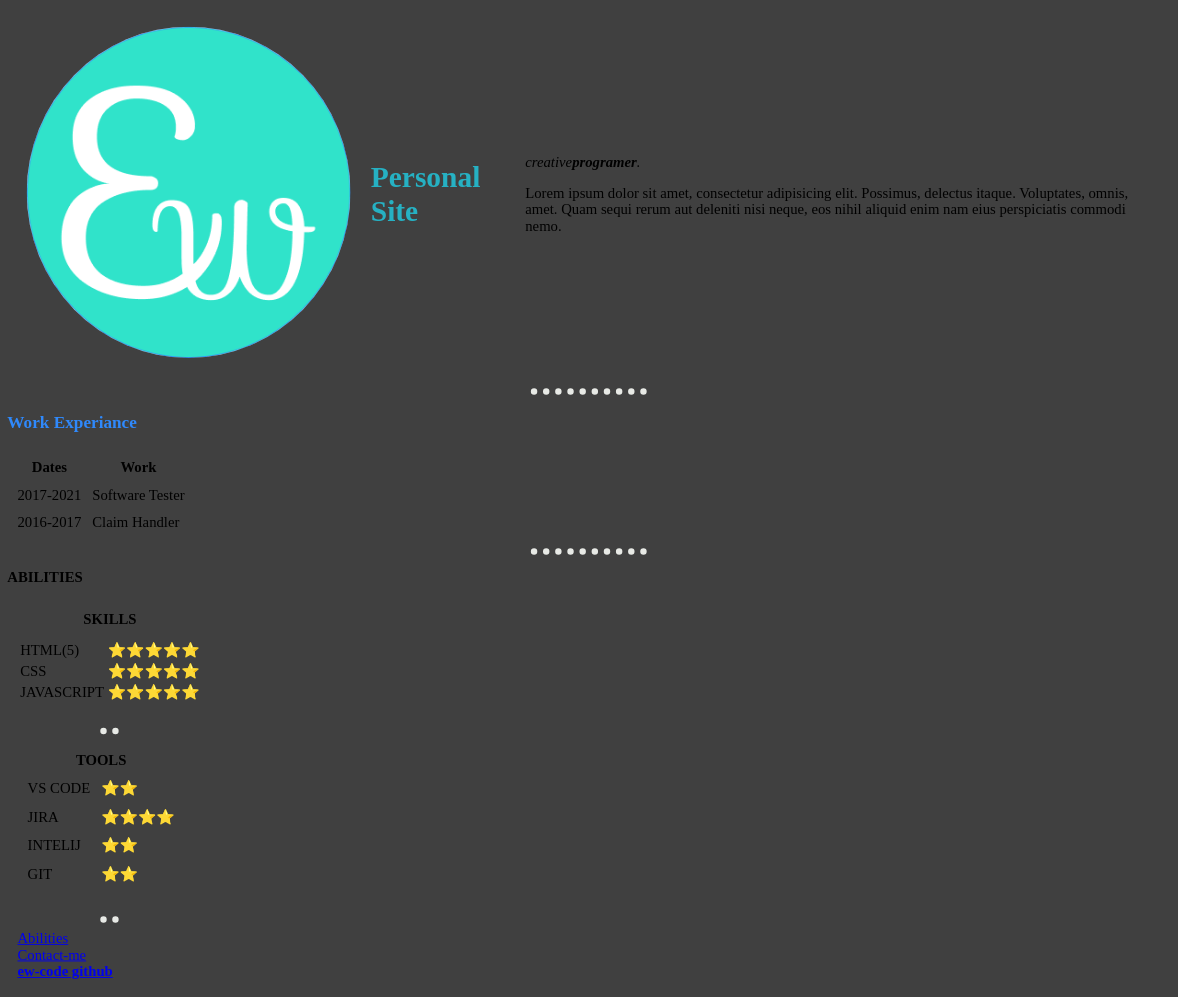
Repository: ew-code/Web-Development
Page: HTML - Personal Site/index.html
The author's editor kept a copy of each file at every save. The page is drawn from the files as they stood at one save, then again after a run of saves.
The browser window is 1280 px wide. The pictures show the whole page, at 92% of full size.

Above is the page before, as saved 2021-01-08 19:57:41.

### HTML - Personal Site/index.html
<!DOCTYPE html>
<html lang="en" dir="ltr">

<head>
  <meta charset="utf-8"> <!-- dopracować meta description dla silników wyszukiwarek-->
  <title>Personal Site</title>
  <link rel="stylesheet" href="css/styles.css">
</head>

<body>
  <table cellspacing="20">
    <tr>
      <td><img src="images/Frame 1.png" alt="dot" class="circular"></td>
      <td>
        <h1>Personal Site</h1>
      </td>
      <td>
        <p><em>creative<strong>programer</strong>.</em></p>
        <p>Lorem ipsum dolor sit amet, consectetur adipisicing elit. Possimus, delectus itaque. Voluptates, omnis, amet.
          Quam sequi rerum aut deleniti nisi neque, eos nihil aliquid enim nam eius perspiciatis commodi nemo.</p>
      </td>
    </tr>
  </table>

  <hr>

  <h3>Work Experiance</h3>
  <table cellspacing="10">
    <thead>
      <tr>
        <th>Dates</th>
        <th>Work</th>
      </tr>
    </thead>
    <tbody>
      <tr>
        <td>2017-2021</td>
        <td>Software Tester</td>
      </tr>
    </tbody>
    <tbody>
      <tr>
        <td>2016-2017</td>
        <td>Claim Handler</td>
      </tr>
    </tbody>
  </table>

  <hr>

    <p><strong>ABILITIES</strong></p>

  <table cellspacing="10">
    <thead>
      <tr>
        <th colspan="2">SKILLS</th>
      </tr>
    </thead>
    <tr>
      <td>
        <table>
          <tr>
            <td>HTML(5)</td>
            <td>⭐⭐⭐⭐⭐</td>
          </tr>
          <tr>
            <td>CSS</td>
            <td>⭐⭐⭐⭐⭐</td>
          </tr>
          <tr>
            <td>JAVASCRIPT</td>
            <td>⭐⭐⭐⭐⭐</td>
          </tr>
        </table>

        <br>

      <hr>

        <table cellspacing="10">
          <thead>
            <tr>
              <th colspan="2">TOOLS</th>
            </tr>
          </thead>
          <tbody>
            <tr>
              <td>VS CODE</td>
              <td>⭐⭐</td>
            </tr>
            <tr>
              <td>JIRA</td>
              <td>⭐⭐⭐⭐</td>
            </tr>
            <tr>
              <td>INTELIJ</td>
              <td>⭐⭐</td>
            </tr>
            <tr>
              <td>GIT</td>
              <td>⭐⭐</td>
            </tr>
          </tbody>
        </table>
  <br>

  <hr>

  <a href="abilities.html">Abilities</a>
  <br>
  <a href="contact.html">Contact-me</a>
  <br>
  <strong><a href="https://github.com/ew-code">ew-code github</a></strong>
</body>

</html>

### HTML - Personal Site/css/styles.css
  body {
      background-color: rgba(61, 61, 61, 0.986);
  }

h1 {
    color: #26B1C3;
}

h3 {
    color: #2F89FC;
}
  hr {
      border-style: none;
      border-top-style: dotted;
      border-color: #e8eae6;
      border-width: 7px;
      width: 10%;
  }

.circular {
    border-radius: 100%;
}

After the next 2 saves:
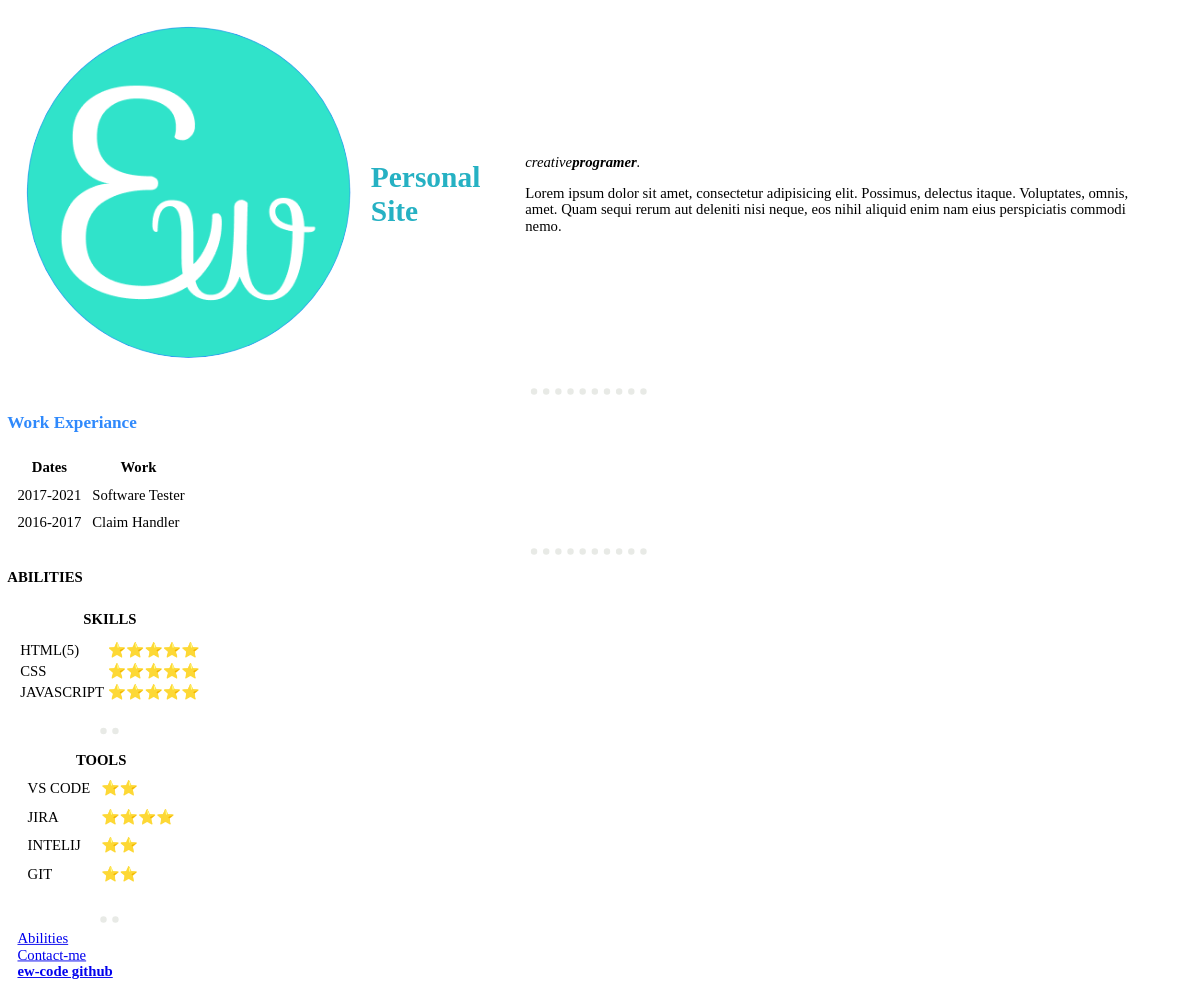
The 2 saves are shown as one change because they came seconds apart.
The last was saved 43 s later.
--- a/HTML - Personal Site/css/styles.css
+++ b/HTML - Personal Site/css/styles.css
@@ -1,5 +1,5 @@
   body {
-      background-color: rgba(61, 61, 61, 0.986);
+      background-color: white;
   }
 
 h1 {
